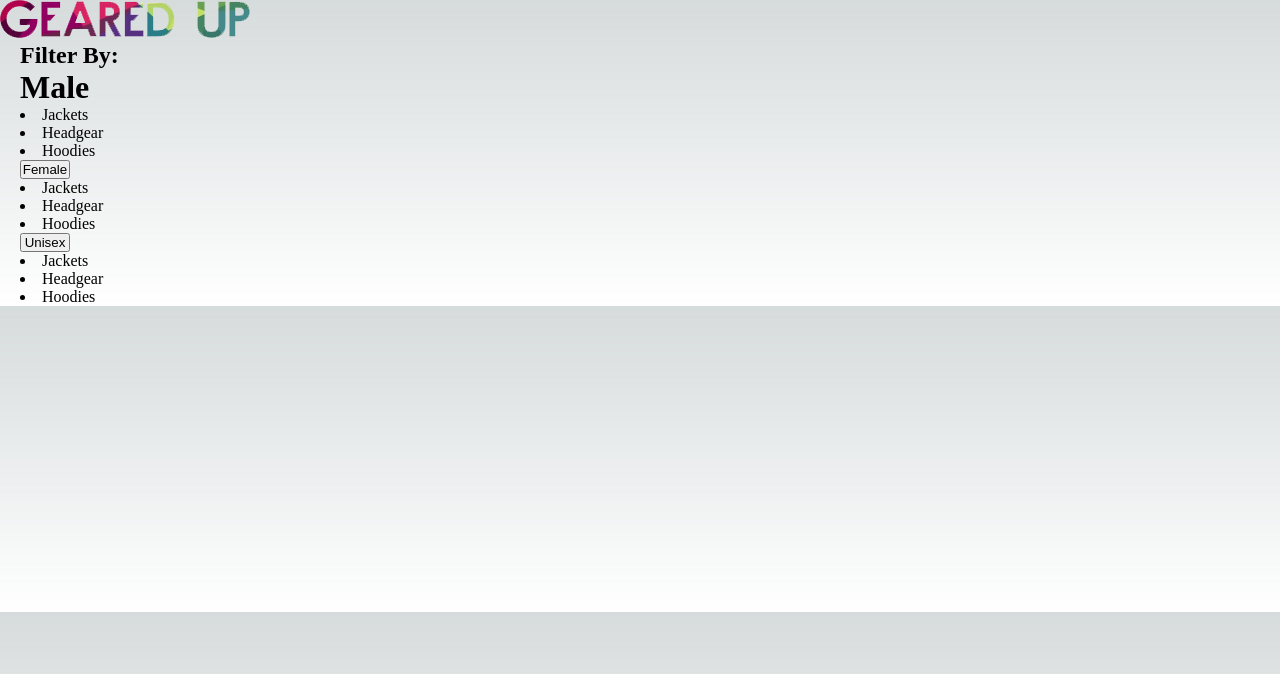
Repository: anoncoderin/madhu-dcd-gearup-assignment2
Page: /
An editor plug-in stored every save of this project. The page is shown before and after a run of saves, followed by the edit.
The browser window is 1280 px wide. The pictures show the whole page.
The project was rebuilt for these pictures with package versions that can differ from the ones it lists, and the page was loaded fresh each time. The framework's server and built-in components were replaced by stand-ins that run in the browser. Also part of the build but not shown: next.config.js.

Above is the page before, as saved 2023-03-05 17:15:28.

### pages/index.js
import Head from 'next/head'
import Image from 'next/image'
import styles from '@/styles/Home.module.css'
import { useState } from 'react'
import data from '@/components/Inventory/inventory'




export default function Home() {

  const [cloth, setCloth] = useState(data.clothing);
  const [selection, setSelection] = useState([]);

  return (
    <>
      <Head>
        <title>Geared Up Online Store BCITSA</title>
        <meta name="description" content="Generated by create next app" />
        <meta name="viewport" content="width=device-width, initial-scale=1" />
        <link rel="icon" href="/favicon.ico" />
      </Head>
      <main>
        <div><img src={'logo/logo/logo.png'} /></div>

        <div className={styles.filters}>
          <h2>Filter By:</h2>
          <h1 onClick={() => setSelection(['Male', ''])}>Male</h1>
          <div className={styles.list}>
            <li onClick={() => setSelection(['Male', 'Jackets'])}>Jackets</li>
            <li onClick={() => setSelection(['Male', 'Headgear'])}>Headgear</li>
            <li onClick={() => setSelection(['Male', 'Hoodies'])}>Hoodies</li>
          </div>
          <button onClick={() => setSelection(['Female', ''])}>Female</button>
          <div className={styles.list}>
            <li onClick={() => setSelection(['Female', 'Jackets'])}>Jackets</li>
            <li onClick={() => setSelection(['Female', 'Headgear'])}>Headgear</li>
            <li onClick={() => setSelection(['Female', 'Hoodies'])}>Hoodies</li>
          </div>
          <button onClick={() => setSelection(['Unisex', ''])}>Unisex</button>
          <div className={styles.list}>
            <li onClick={() => setSelection(['Unisex', 'Jackets'])}>Jackets</li>
            <li onClick={() => setSelection(['Unisex', 'Headgear'])}>Headgear</li>
            <li onClick={() => setSelection(['Unisex', 'Hoodies'])}>Hoodies</li>
          </div>
        </div>
        <div>
          {
            cloth && cloth.map((c, index) => {

              if (selection[0] == c.sex && ((selection[1] == c.category) || (selection[1] == ''))) {
                return (
                  <div key={index}>
                    <Image src={c.image} width={200} height={200} />
                    <p>{c.title}</p>
                    <p>{c.cost}</p>
                    {
                    c.hex && c.hex.map((col, i) => {
                     return(
                      <span className={styles.dot} background-color={col}/>
                     )

                    })
                  }

                  </div>)

              }


            })
          }

        </div>

      </main>
    </>
  )
}

### styles/globals.css
:root {
  --max-width: 1100px;
  --border-radius: 12px;
  --font-mono: ui-monospace, Menlo, Monaco, 'Cascadia Mono', 'Segoe UI Mono',
    'Roboto Mono', 'Oxygen Mono', 'Ubuntu Monospace', 'Source Code Pro',
    'Fira Mono', 'Droid Sans Mono', 'Courier New', monospace;

  --foreground-rgb: 0, 0, 0;
  --background-start-rgb: 214, 219, 220;
  --background-end-rgb: 255, 255, 255;

  --primary-glow: conic-gradient(
    from 180deg at 50% 50%,
    #16abff33 0deg,
    #0885ff33 55deg,
    #54d6ff33 120deg,
    #0071ff33 160deg,
    transparent 360deg
  );
  --secondary-glow: radial-gradient(
    rgba(255, 255, 255, 1),
    rgba(255, 255, 255, 0)
  );

  --tile-start-rgb: 239, 245, 249;
  --tile-end-rgb: 228, 232, 233;
  --tile-border: conic-gradient(
    #00000080,
    #00000040,
    #00000030,
    #00000020,
    #00000010,
    #00000010,
    #00000080
  );

  --callout-rgb: 238, 240, 241;
  --callout-border-rgb: 172, 175, 176;
  --card-rgb: 180, 185, 188;
  --card-border-rgb: 131, 134, 135;
}

button{
  width: 50px;

}

@media (prefers-color-scheme: dark) {
  :root {
    --foreground-rgb: 255, 255, 255;
    --background-start-rgb: 0, 0, 0;
    --background-end-rgb: 0, 0, 0;

    --primary-glow: radial-gradient(rgba(1, 65, 255, 0.4), rgba(1, 65, 255, 0));
    --secondary-glow: linear-gradient(
      to bottom right,
      rgba(1, 65, 255, 0),
      rgba(1, 65, 255, 0),
      rgba(1, 65, 255, 0.3)
    );

    --tile-start-rgb: 2, 13, 46;
    --tile-end-rgb: 2, 5, 19;
    --tile-border: conic-gradient(
      #ffffff80,
      #ffffff40,
      #ffffff30,
      #ffffff20,
      #ffffff10,
      #ffffff10,
      #ffffff80
    );

    --callout-rgb: 20, 20, 20;
    --callout-border-rgb: 108, 108, 108;
    --card-rgb: 100, 100, 100;
    --card-border-rgb: 200, 200, 200;
  }
}

* {
  box-sizing: border-box;
  padding: 0;
  margin: 0;
}

html,
body {
  max-width: 100vw;
  overflow-x: hidden;
}

body {
  color: rgb(var(--foreground-rgb));
  background: linear-gradient(
      to bottom,
      transparent,
      rgb(var(--background-end-rgb))
    )
    rgb(var(--background-start-rgb));
}

a {
  color: inherit;
  text-decoration: none;
}

@media (prefers-color-scheme: dark) {
  html {
    color-scheme: dark;
  }
}

### styles/Home.module.css
.filters{
  display: flex;
  flex-direction: column;
  align-items: left;
  margin-left: 20px;

}

.dot {
  height: 25px;
  width: 25px;

  border-radius: 50%;
  display: inline-block;
}

.main {
  display: flex;
  flex-direction: column;
  justify-content: space-between;
  align-items: center;
  padding: 6rem;
  min-height: 100vh;
}

.description {
  display: inherit;
  justify-content: inherit;
  align-items: inherit;
  font-size: 0.85rem;
  max-width: var(--max-width);
  width: 100%;
  z-index: 2;
  font-family: var(--font-mono);
}

.description a {
  display: flex;
  justify-content: center;
  align-items: center;
  gap: 0.5rem;
}

.description p {
  position: relative;
  margin: 0;
  padding: 1rem;
  background-color: rgba(var(--callout-rgb), 0.5);
  border: 1px solid rgba(var(--callout-border-rgb), 0.3);
  border-radius: var(--border-radius);
}

.code {
  font-weight: 700;
  font-family: var(--font-mono);
}

.grid {
  display: grid;
  grid-template-columns: repeat(4, minmax(25%, auto));
  width: var(--max-width);
  max-width: 100%;
}

.card {
  padding: 1rem 1.2rem;
  border-radius: var(--border-radius);
  background: rgba(var(--card-rgb), 0);
  border: 1px solid rgba(var(--card-border-rgb), 0);
  transition: background 200ms, border 200ms;
}

.card span {
  display: inline-block;
  transition: transform 200ms;
}

.card h2 {
  font-weight: 600;
  margin-bottom: 0.7rem;
}

.card p {
  margin: 0;
  opacity: 0.6;
  font-size: 0.9rem;
  line-height: 1.5;
  max-width: 30ch;
}

.center {
  display: flex;
  justify-content: center;
  align-items: center;
  position: relative;
  padding: 4rem 0;
}

.center::before {
  background: var(--secondary-glow);
  border-radius: 50%;
  width: 480px;
  height: 360px;
  margin-left: -400px;
}

.center::after {
  background: var(--primary-glow);
  width: 240px;
  height: 180px;
  z-index: -1;
}

.center::before,
.center::after {
  content: '';
  left: 50%;
  position: absolute;
  filter: blur(45px);
  transform: translateZ(0);
}

.logo,
.thirteen {
  position: relative;
}

.thirteen {
  display: flex;
  justify-content: center;
  align-items: center;
  width: 75px;
  height: 75px;
  padding: 25px 10px;
  margin-left: 16px;
  transform: translateZ(0);
  border-radius: var(--border-radius);
  overflow: hidden;
  box-shadow: 0px 2px 8px -1px #0000001a;
}

.thirteen::before,
.thirteen::after {
  content: '';
  position: absolute;
  z-index: -1;
}

/* Conic Gradient Animation */
.thirteen::before {
  animation: 6s rotate linear infinite;
  width: 200%;
  height: 200%;
  background: var(--tile-border);
}

/* Inner Square */
.thirteen::after {
  inset: 0;
  padding: 1px;
  border-radius: var(--border-radius);
  background: linear-gradient(
    to bottom right,
    rgba(var(--tile-start-rgb), 1),
    rgba(var(--tile-end-rgb), 1)
  );
  background-clip: content-box;
}

/* Enable hover only on non-touch devices */
@media (hover: hover) and (pointer: fine) {
  .card:hover {
    background: rgba(var(--card-rgb), 0.1);
    border: 1px solid rgba(var(--card-border-rgb), 0.15);
  }

  .card:hover span {
    transform: translateX(4px);
  }
}

@media (prefers-reduced-motion) {
  .thirteen::before {
    animation: none;
  }

  .card:hover span {
    transform: none;
  }
}

/* Mobile */
@media (max-width: 700px) {
  .content {
    padding: 4rem;
  }

  .grid {
    grid-template-columns: 1fr;
    margin-bottom: 120px;
    max-width: 320px;
    text-align: center;
  }

  .card {
    padding: 1rem 2.5rem;
  }

  .card h2 {
    margin-bottom: 0.5rem;
  }

  .center {
    padding: 8rem 0 6rem;
  }

  .center::before {
    transform: none;
    height: 300px;
  }

  .description {
    font-size: 0.8rem;
  }

  .description a {
    padding: 1rem;
  }

  .description p,
  .description div {
    display: flex;
    justify-content: center;
    position: fixed;
    width: 100%;
  }

  .description p {
    align-items: center;
    inset: 0 0 auto;
    padding: 2rem 1rem 1.4rem;
    border-radius: 0;
    border: none;
    border-bottom: 1px solid rgba(var(--callout-border-rgb), 0.25);
    background: linear-gradient(
      to bottom,
      rgba(var(--background-start-rgb), 1),
      rgba(var(--callout-rgb), 0.5)
    );
    background-clip: padding-box;
    backdrop-filter: blur(24px);
  }

  .description div {
    align-items: flex-end;
    pointer-events: none;
    inset: auto 0 0;
    padding: 2rem;
    height: 200px;
    background: linear-gradient(
      to bottom,
      transparent 0%,
      rgb(var(--background-end-rgb)) 40%
    );
    z-index: 1;
  }
}

/* Tablet and Smaller Desktop */
@media (min-width: 701px) and (max-width: 1120px) {
  .grid {
    grid-template-columns: repeat(2, 50%);
  }
}

@media (prefers-color-scheme: dark) {
  .vercelLogo {
    filter: invert(1);
  }

  .logo,
  .thirteen img {
    filter: invert(1) drop-shadow(0 0 0.3rem #ffffff70);
  }
}

@keyframes rotate {
  from {
    transform: rotate(360deg);
  }
  to {
    transform: rotate(0deg);
  }
}

### components/Inventory/inventory.js



const inventory ={company:"BCITSA Geared Up",
clothing:[
    {
        category:"Hoodies",
        sex:"Female",
        title:"Russell Athletic Hood",
        colours:["black", "charcoal", "green", "grey", "maroon", "navy"],
        hex:["#000", "#3E464B", "#24564A", "#B4B8B9", "#5F3A42", "#313F4F"],
        image:"/products/products/hoodies/russell_athletic_hood_black.png",
        cost:69.99
    },
    {
        category:"Hoodies",
        sex:"Male",
        title:"Aerospace",
        colours:["black", "navy"],
        hex:["#000", "#313F4F"],
        image:"/products/products/hoodies/hood_aerospace_black.png",
        cost:59.99
    },
    {
        category:"Hoodies",
        sex:"Female",
        title:"Classic Avalon Fleece Hoodie",
        colours:["black", "navy"],
        hex:["#000", "#313F4F"],
        image:"/products/products/hoodies/classic_avalon_fleece_hoodie_black.png",
        cost:57.99
    },
    {
        category:"Hoodies",
        sex:"Unisex",
        title:"Champion Full-Zup Hoodie",
        colours:["black", "grey","maroon","navy","green"],
        hex:["#000","#B4B8B9", "#5F3A42", "#313F4F"],
        image:"/products/products/hoodies/champion_full_zip_hoodie_black.png",
        cost:79.99
    },
    {
        category:"Hoodies",
        sex:"Male",
        title:"Forestry",
        colours:["green"],
        hex:["#24564A"],
        image:"/products/products/hoodies/hoodie_forestry_green.png",
        cost:59.99
    },
    {
        category:"Jackets",
        sex:"Male",
        title:"Waterproof Jacket",
        colours:["black", "graphite", "navy"],
        hex:["#000", "#69686D", "#313F4F"],
        image:"/products/products/jackets/waterproof_jacket_black.png",
        cost:79.99
    },
    {
        category:"Jackets",
        sex:"Female",
        title:"Soft Shell Hooded Jacket",
        colours:["black", "navy"],
        hex:["#000", "#313F4F"],
        image:"/products/products/jackets/soft_shell_hooded_jacket_black.png",
        cost:82.99
    },
    {
        category:"Headgear",
        sex:"Unisex",
        title:"Legacy Adjustable Hat",
        colours:["stone", "burgundy", "slate blue", "grey", "navy"],
        hex:["#25242D", "#DBDCD7", "#7F2430", "#595B76", "#685E66"],
        image:"/products/products/headgear/legacy_adjustable_hat_navy.png",
        cost:29.99
    },
    {
        category:"Headgear",
        sex:"Unisex",
        title:"Legacy Hat Trucker",
        colours:["black/cardinal", "black/orange", "black/green", "navy/gold"],
        hex:["#5C5A4D", "#CA5927", "#43483B", "#F9BE14"],
        image:"/products/products/headgear/legacy_adjustable_hat_navy.png",
        cost:36.99
    },
    {
        category:"Headgear",
        sex:"Unisex",
        title:"Legacy Toque",
        colours:"black",
        hex: "#000",
        image:"/products/products/headgear/legacy_toque_black.png",
        cost:3.499
    }
]


}
export default inventory;

Loaded but not shown: pages/_app.js (common file); pages/_document.js (common file)

After the next 2 saves:
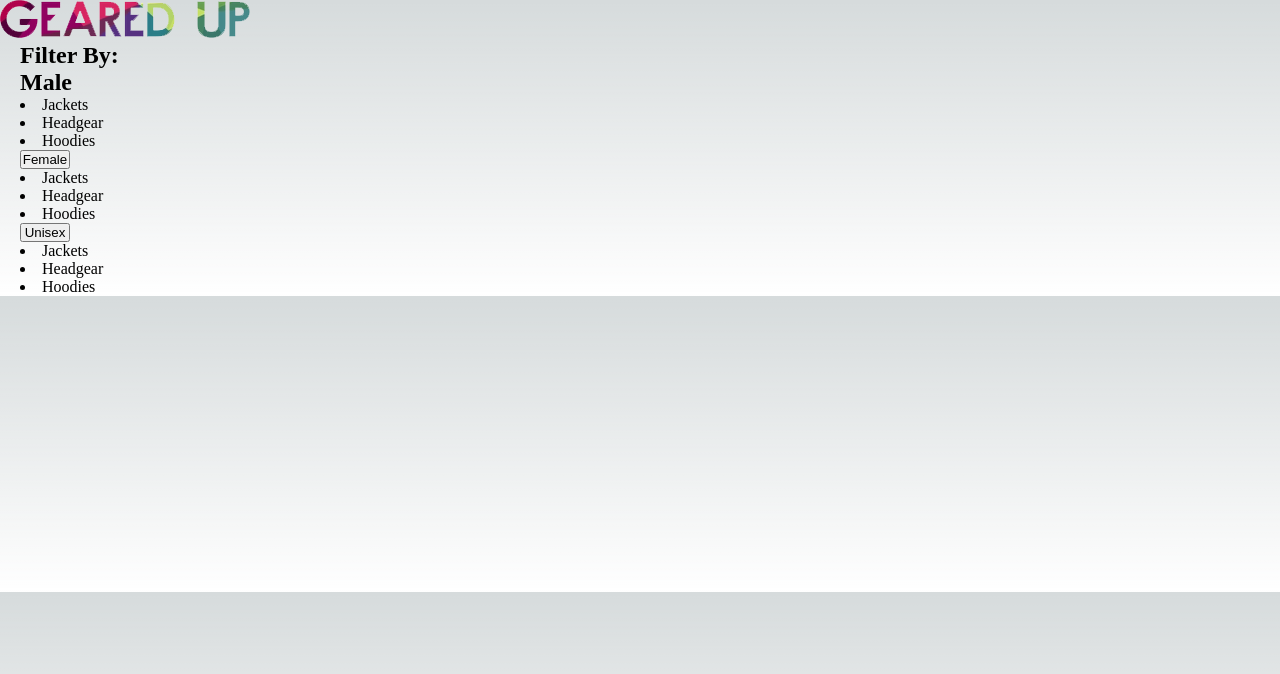
The 2 saves are shown as one change because 1 did not build or start.
The last was saved 40 s later.
--- a/pages/index.js
+++ b/pages/index.js
@@ -25,7 +25,7 @@
 
         <div className={styles.filters}>
           <h2>Filter By:</h2>
-          <h1 onClick={() => setSelection(['Male', ''])}>Male</h1>
+          <h2 onClick={() => setSelection(['Male', ''])}>Male</h2>
           <div className={styles.list}>
             <li onClick={() => setSelection(['Male', 'Jackets'])}>Jackets</li>
             <li onClick={() => setSelection(['Male', 'Headgear'])}>Headgear</li>
